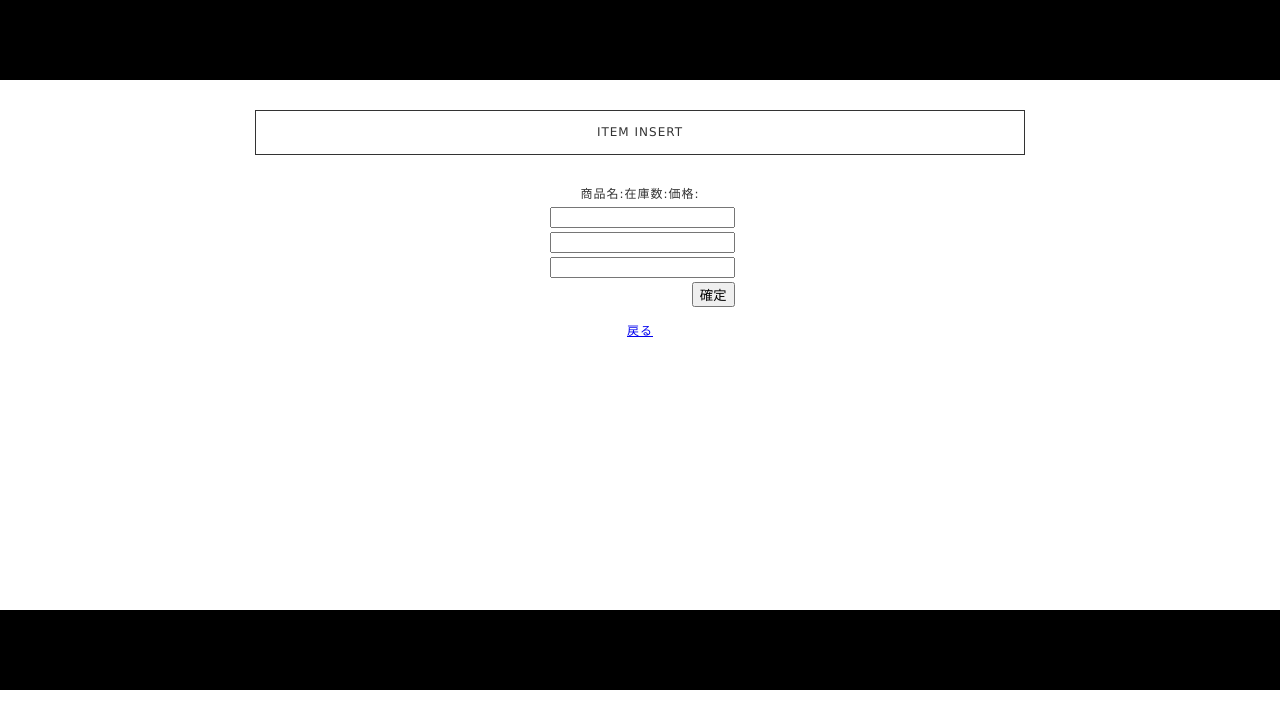
Repository: kf3225/backup
Page: http://localhost/ecsite/itemInsert.jsp
The author's editor kept a copy of each file at every save. The page is drawn from the files as they stood at one save, then again after the next save.
The browser window is 1280 px wide. The pictures show the whole page.
The page is served by Tomcat 9. Other server files are loaded and not shown.

Above is the page before, as saved 2018-01-26 08:45:53.

### ecsite/WebContent/itemInsert.jsp
<%@ page language="java" contentType="text/html; charset=UTF-8"
    pageEncoding="UTF-8"%>
<%@ taglib prefix="s" uri="/struts-tags" %>
<!DOCTYPE html PUBLIC "-//W3C//DTD HTML 4.01 Transitional//EN" "http://www.w3.org/TR/html4/loose.dtd">
<html>
<head>
<meta http-equiv="Content-Type" content="text/html; charset=UTF-8"/>
<meta http-equiv="Content-Style-Type" content="text/css"/>
<meta http-equiv="Content-Script-Type" content="text/javascript"/>
<meta http-equiv="imagetoolbar" content="no"/>
<meta name="description" content=""/>
<meta name="keywords" content=""/>

<style type="text/css">

/* ===== TAG LAYOUT ===== */
body {
	margin:0;
	padding:0;
	line-height:1.6;
	letter-spacing:1px;
	font-family:Verdana, Helvetica, sans-serif;
	font-size:12px;
	color:#333;
	background:#fff;
}

table {
	text-align:center;
	margin:0 auto;
}

/* ===== ID LAYOUT ===== */
#top {
	width:60%;
	margin:30px auto;
	border:1px solid #333;
}

#header {
	width:100%;
	height:80px;
	background-color:black;
}

#main {
	width:100%;
	height:500px;
	background-color:#fff;
	text-align:center;
}

#footer {
	width:100%;
	height:80px;
	background-color:black;
	clear:both;
}

#text-center {
	display:inline-block;
	text-align:center;
}

</style>

<title>ITEM INSERT</title>
</head>
<body>
	<div id="header">
		<div id="pr"></div>
	</div>

	<div id="main">
		<div id="top"><p>ITEM INSERT</p></div>
		<div>
			<s:form action="ItemInsertConfirmAction">
				<span>商品名:<s:textfield name="ItemName" /></span>
				<span>在庫数:<s:textfield name="stockCount" /></span>
				<span>価格:<s:textfield name="ItemPrice" /></span>
				<s:submit value="確定" />
			</s:form>
		</div>
		<div><p><a href="<s:url action='GoAdminAction'/>">戻る</a></p></div>
	</div>

	<div id="footer">
		<div id="pr"></div>
	</div>
</body>
</html>

After the next save:
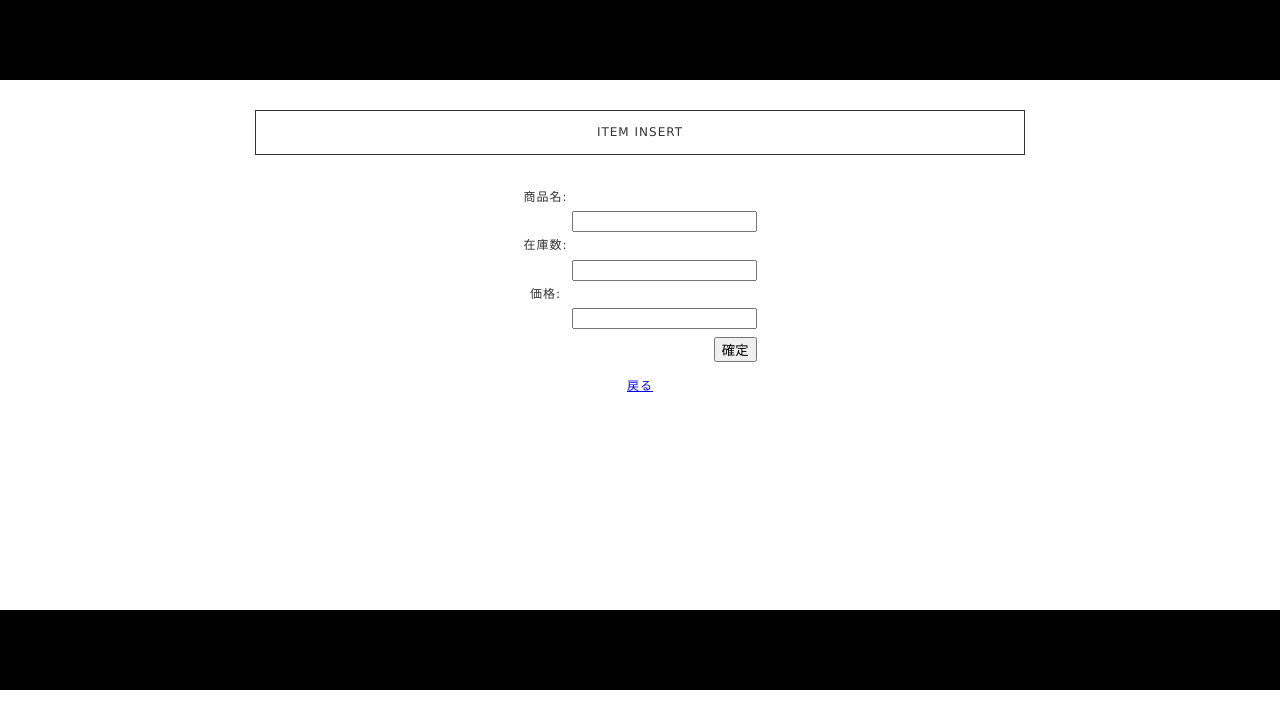
Saved 2 days later.
--- a/ecsite/WebContent/itemInsert.jsp
+++ b/ecsite/WebContent/itemInsert.jsp
@@ -74,12 +74,25 @@
 	<div id="main">
 		<div id="top"><p>ITEM INSERT</p></div>
 		<div>
+		<table>
 			<s:form action="ItemInsertConfirmAction">
-				<span>商品名:<s:textfield name="ItemName" /></span>
-				<span>在庫数:<s:textfield name="stockCount" /></span>
-				<span>価格:<s:textfield name="ItemPrice" /></span>
-				<s:submit value="確定" />
+			<tr>
+				<td>商品名:</td>
+				<td><s:textfield name="ItemName" /></td>
+			</tr>
+			<tr>
+				<td>在庫数:</td>
+				<td><s:textfield name="stockCount" /></td>
+			</tr>
+			<tr>
+				<td>価格:</td>
+				<td><s:textfield name="ItemPrice" /></td>
+			</tr>
+			<tr>
+				<td><s:submit value="確定" /></td>
+			</tr>
 			</s:form>
+		</table>
 		</div>
 		<div><p><a href="<s:url action='GoAdminAction'/>">戻る</a></p></div>
 	</div>
